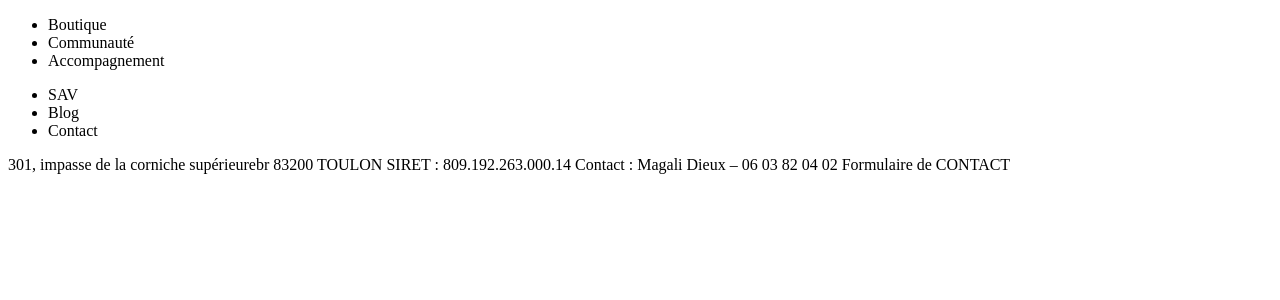
Repository: Khadija-Asa/naitre-enchantes
Page: footer.html
These files come from the project's save history. The page is drawn as it stood at one moment and after a run of saves; the edit follows.
The browser window is 1280 px wide. The pictures show the whole page.

Above is the page before, as saved 2020-11-24 22:22:55.

### footer.html
<!DOCTYPE html>
<html lang="en">
<head>
    <meta charset="UTF-8">
    <meta name="viewport" content="width=device-width, initial-scale=1.0">
    <title>naître enchantés</title>
    <link rel="stylesheet" href="footer.css">
</head>
<body>
    <footer>
        <div class="footer_top">
            <ul class="top_left">
                <li>Boutique</li>
                <li>Communauté</li>
                <li>Accompagnement</li>
            </ul>
            <ul class="top_right">
                <li>SAV</li>
                <li>Blog</li>
                <li>Contact</li>
            </ul>
        </div>
        <div class="footer_bottom">
            <div class="bottom_left">
                <p>301, impasse de la corniche supérieurebr
                    83200 TOULON
                    SIRET : 809.192.263.000.14

                    Contact :
                    Magali Dieux – 06 03 82 04 02
                    Formulaire de CONTACT</p>
            </div>
            <div class="bottom_middle"></div>
            <div class="bottom_right"></div>
        </div>
    </footer>
</body>
</html>

Loaded but not shown: footer.css (no stored copy; drawn as an empty file)

After the next 2 saves:
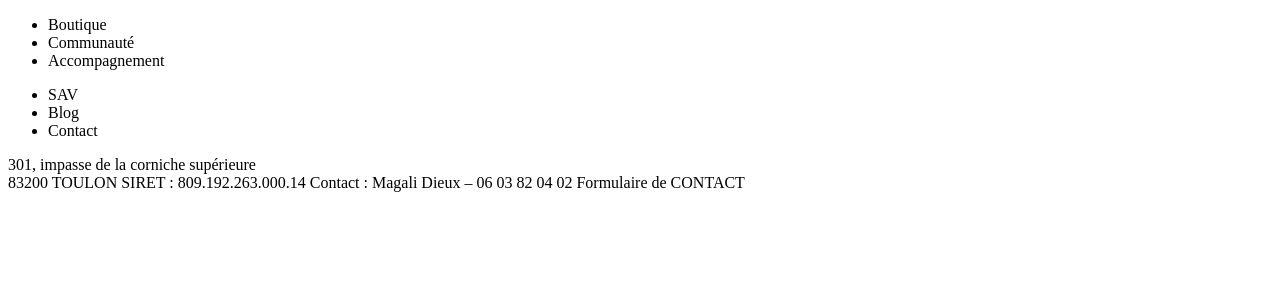
The 2 saves are shown as one change because they came seconds apart.
The last was saved 6 s later.
--- a/footer.html
+++ b/footer.html
@@ -22,7 +22,7 @@
         </div>
         <div class="footer_bottom">
             <div class="bottom_left">
-                <p>301, impasse de la corniche supérieurebr
+                <p>301, impasse de la corniche supérieure <br>
                     83200 TOULON
                     SIRET : 809.192.263.000.14
 
